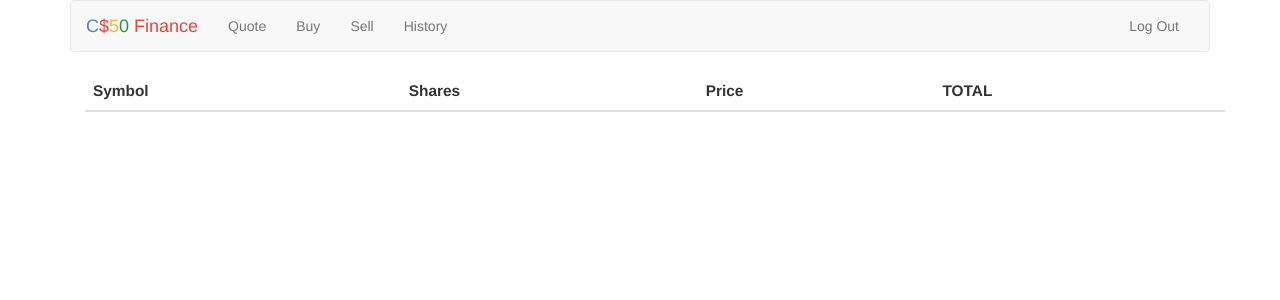
Repository: Agitou/cs50
Page: http://localhost/history
The author's editor kept a record of every edit. The page is drawn from the files as they stood at one moment, then again after the next edit.
The browser window is 1280 px wide. The pictures show the whole page.
Some web libraries are served in a nearby version. The page is served by the project's application, run on Flask 3 (pset7/finance/application.py). The session is filled in as if someone had signed in: {"user_id": 1}. The page reads the database file committed with the project.

Above is the page before.

After the next edit:
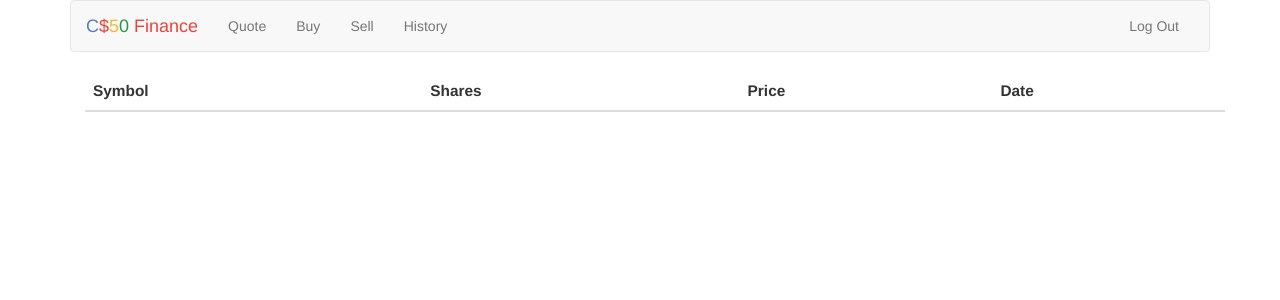
The edit:
--- a/pset7/finance/templates/history.html
+++ b/pset7/finance/templates/history.html
@@ -12,7 +12,7 @@
         <th>Symbol</th>
         <th>Shares</th>
         <th>Price</th>
-        <th>TOTAL</th>
+        <th>Date</th>
       </tr>
     </thead>
     <tbody>
